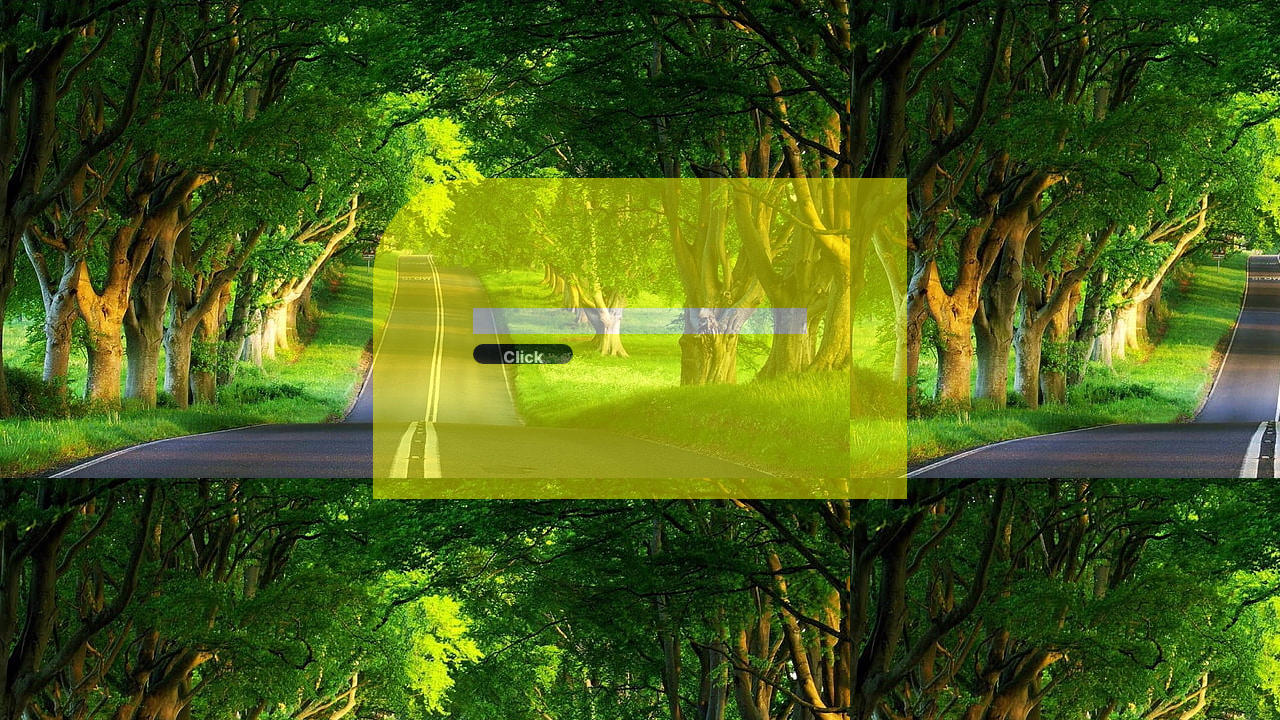
Repository: prashantkumarbind/Hospital-Weather-Concept
Page: http://localhost/weather-app/
An editor plug-in stored every save of this project. The page is shown before and after the next save, followed by the edit.
The browser window is 1280 px wide. The pictures show the whole page.
The page is served by Tomcat 9.

Above is the page before, as saved 2024-01-19 07:37:37.

After the next save:
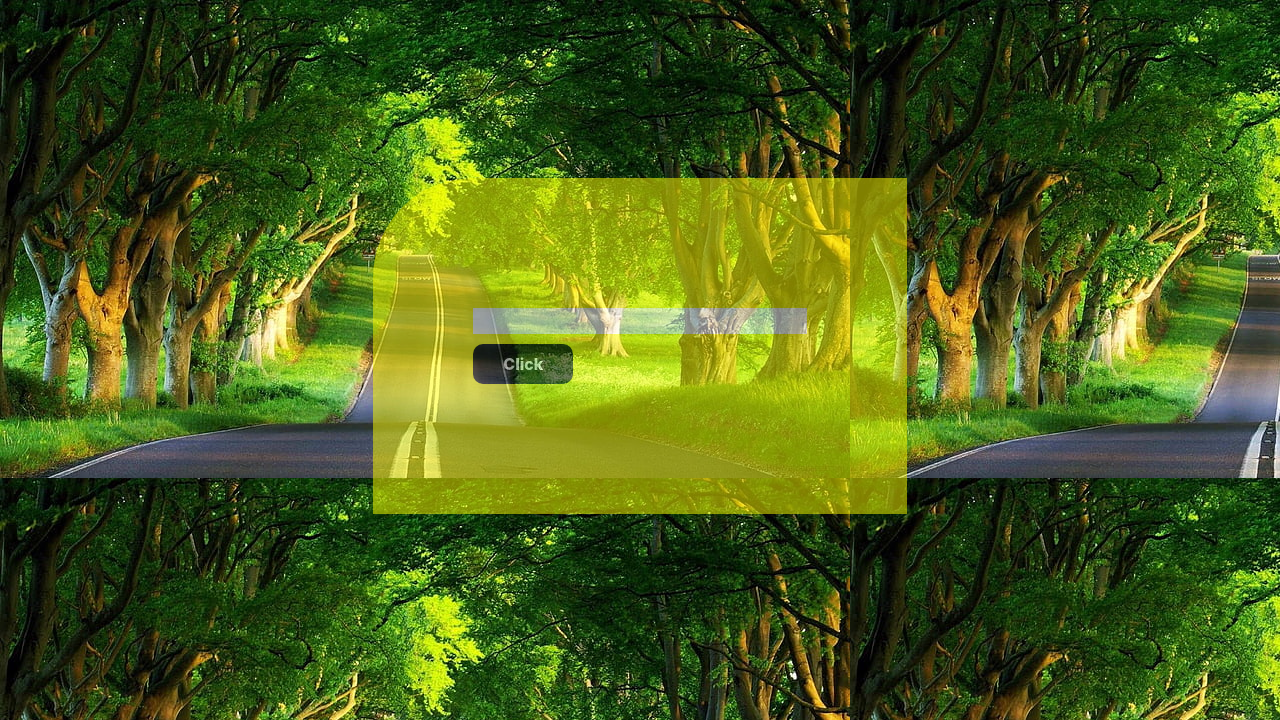
Saved 8 s later.
--- a/weather-app/src/main/webapp/index.jsp
+++ b/weather-app/src/main/webapp/index.jsp
@@ -29,7 +29,7 @@
 		border-radius:10px;
 		font-weight:800;
 		border:none;
-		height:20px;
+		height:40px;
 	}
 	.button-design:hover{
 		background-color:green;
